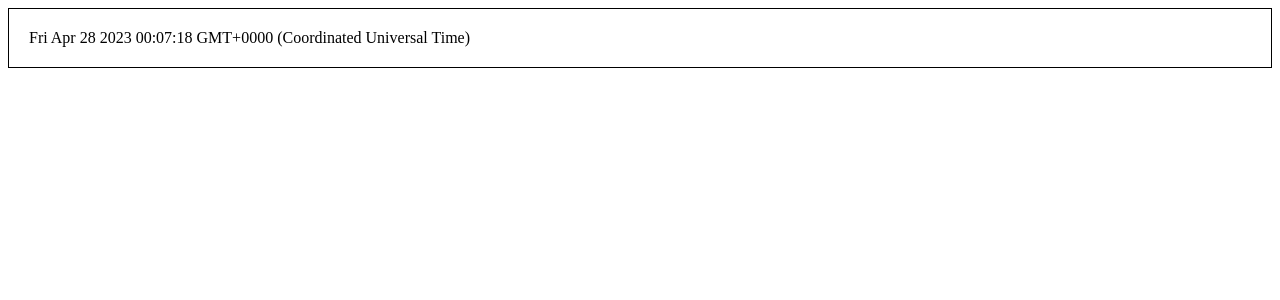
Repository: choidazzi/DDIT
Page: web programming/html/webpro/src/main/webapp/0501/script1.html
An editor plug-in stored every save of this project. The page is shown before and after the next save, followed by the edit.
The browser window is 1280 px wide. The pictures show the whole page.

Above is the page before, as saved 2023-05-01 03:32:18.

### web programming/html/webpro/src/main/webapp/0501/script1.html
<!DOCTYPE html>
<html>
<head>
<meta charset="UTF-8">
<title>Script Test</title>
<style>
#res {
	border : 1px solid black;
	padding: 20px;
}
</style>
</head>
<body>
	<div id="res"></div>
<script>

	 let today = new Date();

	 console.log(today);

	 //div 요소를 검색 후 출력
	 document.getElementsByTagName('div')[0].innerText = today;
	 document.querySelector('div').innerText = today;
</script>
</body>
</html>

After the next save:
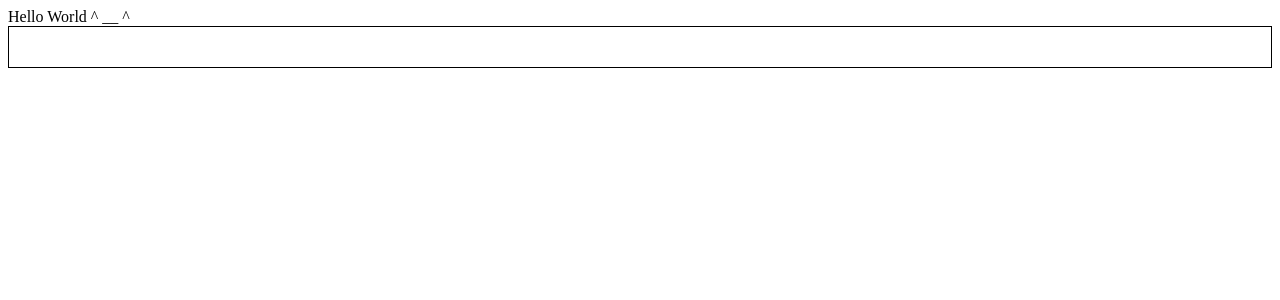
Console error: TypeError: Cannot set properties of undefined (setting 'innerText')
Saved 2 min 27 s later.
--- a/web programming/html/webpro/src/main/webapp/0501/script1.html
+++ b/web programming/html/webpro/src/main/webapp/0501/script1.html
@@ -3,24 +3,25 @@
 <head>
 <meta charset="UTF-8">
 <title>Script Test</title>
+<script>
+	let today = new Date();
+
+	let day1 = today.toLocaleString();
+
+	document.write("Hello World ^ __ ^")
+
+	//div 요소를 검색 후 출력
+	document.getElementsByTagName('div')[0].innerText = today;
+	document.querySelector('div').innerText = today;
+</script>
 <style>
 #res {
-	border : 1px solid black;
+	border: 1px solid black;
 	padding: 20px;
 }
 </style>
 </head>
 <body>
 	<div id="res"></div>
-<script>
-
-	 let today = new Date();
-
-	 console.log(today);
-
-	 //div 요소를 검색 후 출력
-	 document.getElementsByTagName('div')[0].innerText = today;
-	 document.querySelector('div').innerText = today;
-</script>
 </body>
 </html>

After the 2 saves that followed:
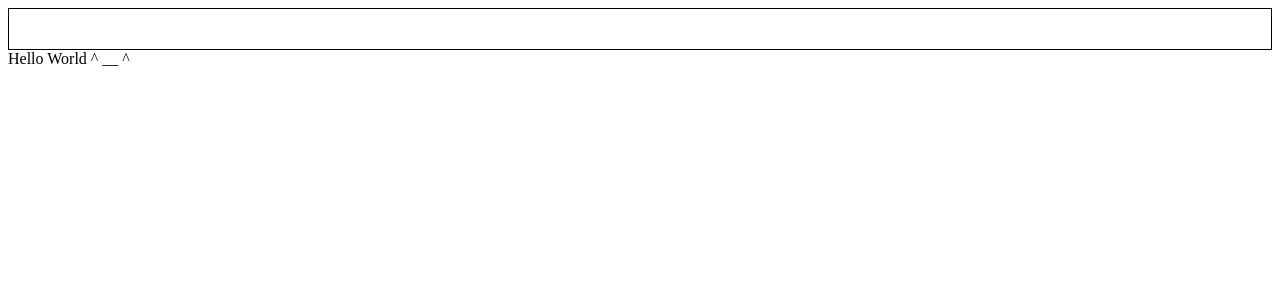
The error is gone.
The 2 saves are shown as one change because 1 left the picture as it was.
The last was saved 25 s later.
--- a/web programming/html/webpro/src/main/webapp/0501/script1.html
+++ b/web programming/html/webpro/src/main/webapp/0501/script1.html
@@ -3,17 +3,6 @@
 <head>
 <meta charset="UTF-8">
 <title>Script Test</title>
-<script>
-	let today = new Date();
-
-	let day1 = today.toLocaleString();
-
-	document.write("Hello World ^ __ ^")
-
-	//div 요소를 검색 후 출력
-	document.getElementsByTagName('div')[0].innerText = today;
-	document.querySelector('div').innerText = today;
-</script>
 <style>
 #res {
 	border: 1px solid black;
@@ -23,5 +12,13 @@
 </head>
 <body>
 	<div id="res"></div>
+<script>
+	let today = new Date();
+
+	let day1 = today.toLocaleString();
+
+	document.write("Hello World ^ __ ^")
+
+</script>
 </body>
 </html>
